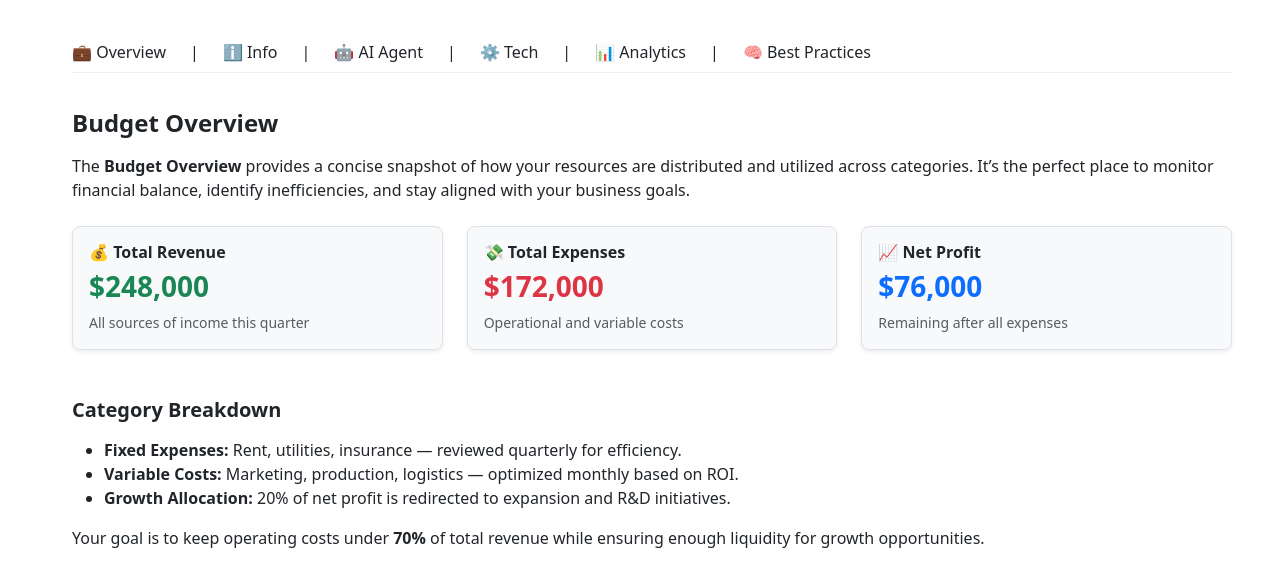
Repository: tonym642/bizcore360-wp
Page: pages/budget.html
An editor plug-in stored every save of this project. The page is shown before and after the next save, followed by the edit.
The browser window is 1280 px wide. The pictures show the whole page.

Above is the page before, as saved 2025-10-23 10:23:50.

After the next save:
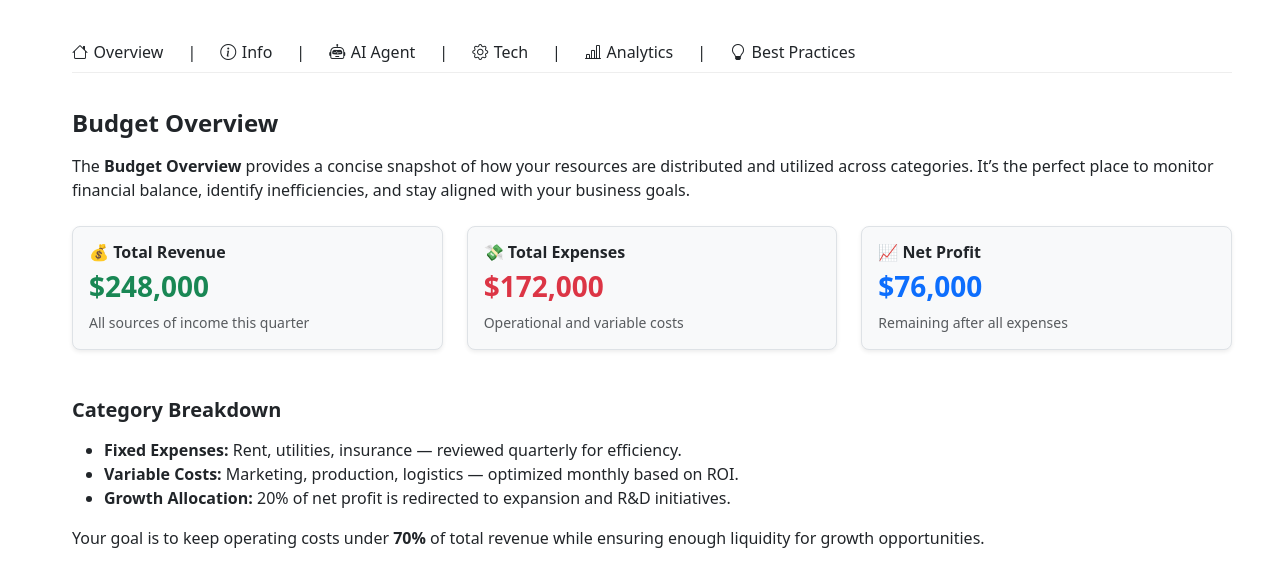
Saved 3 min 7 s later.
--- a/pages/budget.html
+++ b/pages/budget.html
@@ -7,6 +7,7 @@
 
   <!-- Core libraries -->
   <link href="https://cdn.jsdelivr.net/npm/bootstrap@5.3.3/dist/css/bootstrap.min.css" rel="stylesheet">
+  <link href="https://cdn.jsdelivr.net/npm/bootstrap-icons@1.11.3/font/bootstrap-icons.css" rel="stylesheet">
   <script src="https://cdn.jsdelivr.net/npm/chart.js"></script>
   <script src="https://cdn.jsdelivr.net/npm/marked/marked.min.js"></script>
 
@@ -16,7 +17,7 @@
       color: #000;
     }
 
-    /* Adjusted spacing from sidebar */
+    /* Give more space from sidebar */
     .content-container {
       padding: 1.5rem 2rem 1.5rem 3.5rem;
       width: 100%;
@@ -29,7 +30,7 @@
       min-height: calc(100vh - 130px);
     }
 
-    /* Unbolded menu items + better spacing */
+    /* Inner menu style */
     .inner-menu {
       display: flex;
       align-items: center;
@@ -37,7 +38,7 @@
       margin-bottom: 1.25rem;
       border-bottom: 1px solid #eee;
       padding-bottom: 0.5rem;
-      font-weight: 400; /* unbolded */
+      font-weight: 400;
     }
 
     .inner-menu a {
@@ -45,7 +46,7 @@
       color: #000;
       display: flex;
       align-items: center;
-      gap: 0.3rem;
+      gap: 0.35rem;
       cursor: pointer;
     }
 
@@ -63,7 +64,6 @@
       height: 400px !important;
     }
 
-    /* Fade transition */
     .fade {
       opacity: 0;
       transition: opacity 0.4s ease-in-out;
@@ -79,22 +79,22 @@
     <div class="card module-card">
       <div class="card-body">
 
-        <!-- Inline inner menu -->
+        <!-- Inner menu with Bootstrap icons -->
         <div class="inner-menu">
-          <a onclick="showPage('overview')">💼 Overview</a>
+          <a onclick="showPage('overview')"><i class="bi bi-house"></i> Overview</a>
           <span>|</span>
-          <a onclick="showPage('info')">ℹ️ Info</a>
+          <a onclick="showPage('info')"><i class="bi bi-info-circle"></i> Info</a>
           <span>|</span>
-          <a onclick="showPage('ai-agent')">🤖 AI Agent</a>
+          <a onclick="showPage('ai-agent')"><i class="bi bi-robot"></i> AI Agent</a>
           <span>|</span>
-          <a onclick="showPage('tech')">⚙️ Tech</a>
+          <a onclick="showPage('tech')"><i class="bi bi-gear"></i> Tech</a>
           <span>|</span>
-          <a onclick="showPage('analytics')">📊 Analytics</a>
+          <a onclick="showPage('analytics')"><i class="bi bi-bar-chart-line"></i> Analytics</a>
           <span>|</span>
-          <a onclick="showPage('best-practices')">🧠 Best Practices</a>
+          <a onclick="showPage('best-practices')"><i class="bi bi-lightbulb"></i> Best Practices</a>
         </div>
 
-        <!-- Dynamic content area -->
+        <!-- Dynamic area -->
         <div id="page-content" class="fade show">
           <p style="color:#777;">Loading overview...</p>
         </div>
@@ -103,8 +103,8 @@
     </div>
   </div>
 
-  <!-- Corrected script path -->
-  <script src="../assets/js/modules.js"></script>
+  <!-- ✅ FIXED: Full path to JS file (based on your real folder structure) -->
+  <script src="/00 Apps/BizCore360/assets/js/modules.js"></script>
 
   <script>
     document.addEventListener("DOMContentLoaded", () => {
